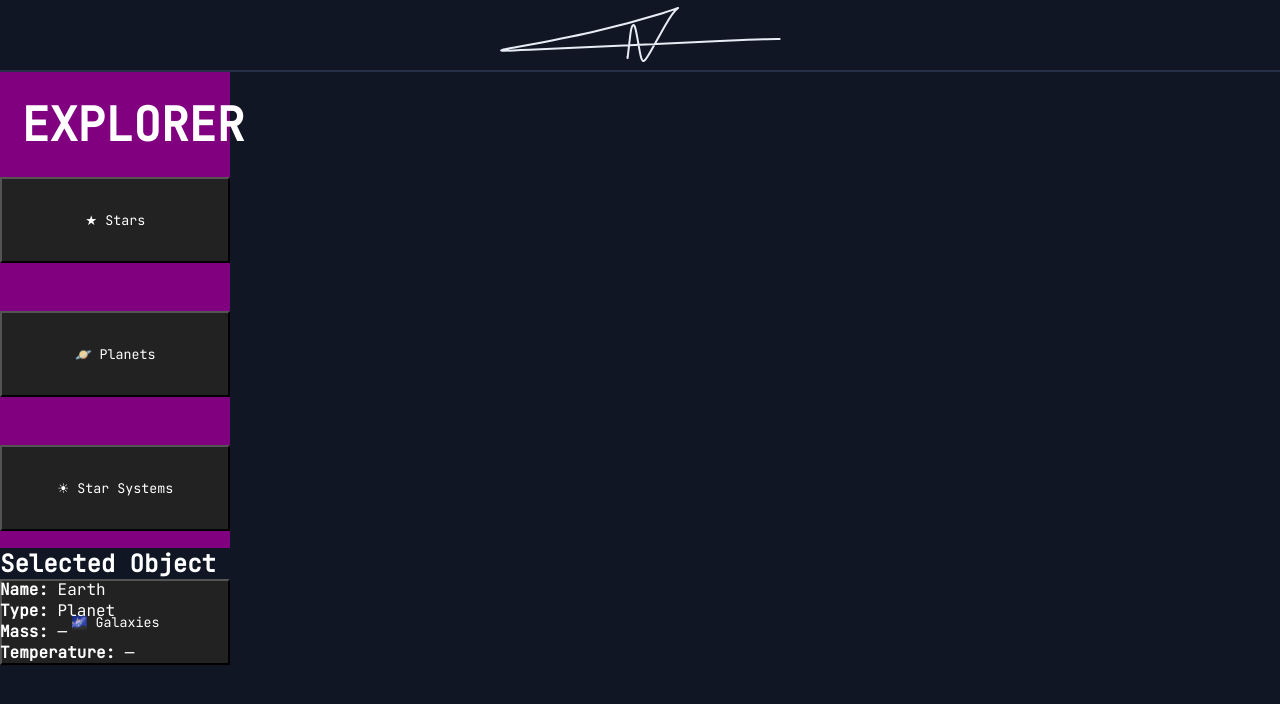
Repository: nico-madruga/Universe
Page: front-end/html/index.html
An editor plug-in stored every save of this project. The page is shown before and after the next save, followed by the edit.
The browser window is 1280 px wide. The pictures show the whole page.

Above is the page before, as saved 2026-09-28 16:54:44.

### front-end/html/index.html
<!DOCTYPE html>
<html lang="en">
<head>
    <meta charset="UTF-8">
    <meta name="viewport" content="width=device-width, initial-scale=1.0">
    <link href='https://fonts.googleapis.com/css?family=JetBrains Mono' rel='stylesheet'>
    <link rel="stylesheet" href="../css/style.css">
    <title>Universe</title>

    <link rel="stylesheet" href="../css/style.css">
</head>

<body>

    <header>
        <img src="/front-end/imgs/Vector 1.svg">
    </header>


    <main class="layout">

        <aside class="sidebar">

            <h2>EXPLORER</h2>

            <nav>
                <button class="standard_button">★ Stars</button>
                <button class="standard_button">🪐 Planets</button>
                <button class="standard_button">☀ Star Systems</button>
                <button class="standard_button">🌌 Galaxies</button>
            </nav>

        </aside>


        <section class="content">

            <section class="space">

                <div class="star star-1"></div>
                <div class="star star-2"></div>
                <div class="star star-3"></div>

                <div class="planet"></div>

            </section>


            <section class="object-info">

                <h2>Selected Object</h2>

                <div class="info-grid">

                    <p>
                        <strong>Name:</strong>
                        Earth
                    </p>

                    <p>
                        <strong>Type:</strong>
                        Planet
                    </p>

                    <p>
                        <strong>Mass:</strong>
                        —
                    </p>

                    <p>
                        <strong>Temperature:</strong>
                        —
                    </p>

                </div>

            </section>

        </section>

    </main>

</body>
</html>

### front-end/css/style.css
:root
{
    --background-color: #101624;
    --planet-background-color: #080B14;
    --button-color: #222222;
    --panels-color: #101624;
    --panel-borders-color: #263149;
    --main-text-color: #E8ECF4;
    --secondary-text-color: #9AA6BA;
    --primary-accent-color: #4CC9F0;
    --secondary-accent-color: #8B7CFF;
    --highlight-color: #A9E8FF;
}

*
{
 padding: 0;
 margin: 0;
 color: white;
 font-family: 'JetBrains Mono';
}

header
{
    display: flex;
    padding: 1vh 0;
    background-color: var(--background-color);
    flex-direction: row-reverse;
    justify-content: space-evenly;
    border-bottom: 2px solid var(--panel-borders-color);
}

header input
{
    align-self: center;
    height: 2rem;
}

body
{
    background-color: var(--background-color);
}

.layout .sidebar
{
    display: flex;
    flex-direction: column;
    text-align: center;
    width: 18vw;
    height: 66vh;
    background-color: purple;
}

.sidebar h2
{
    padding: 3vh;
    font-size: 2.9rem;
    font-style: normal;
}

.sidebar nav
{
    display: flex;
    flex-direction: column;
    gap: 48px;
}

.standard_button
{
    padding: 2rem;
    background-color: var(--button-color);
}

After the next save:
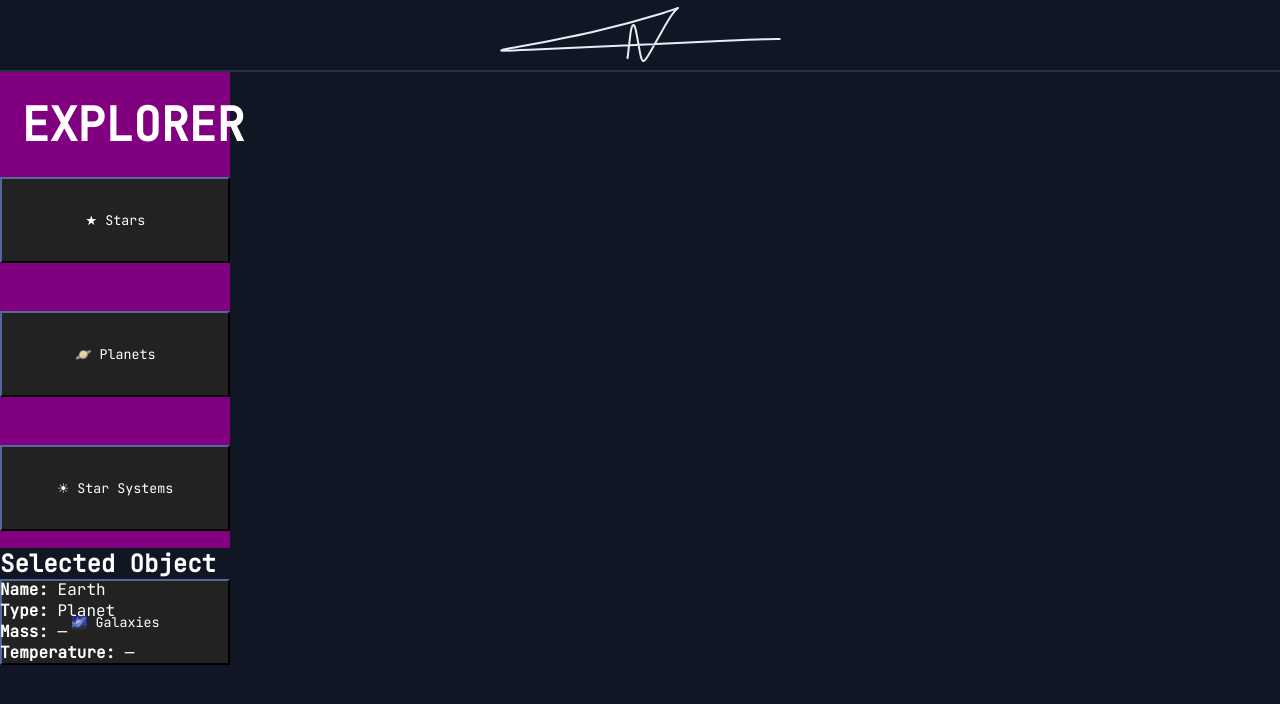
Saved 31 s later.
--- a/front-end/css/style.css
+++ b/front-end/css/style.css
@@ -69,4 +69,5 @@ body
 {
     padding: 2rem;
     background-color: var(--button-color);
+    border-color: var(--panel-borders-color);
 }
